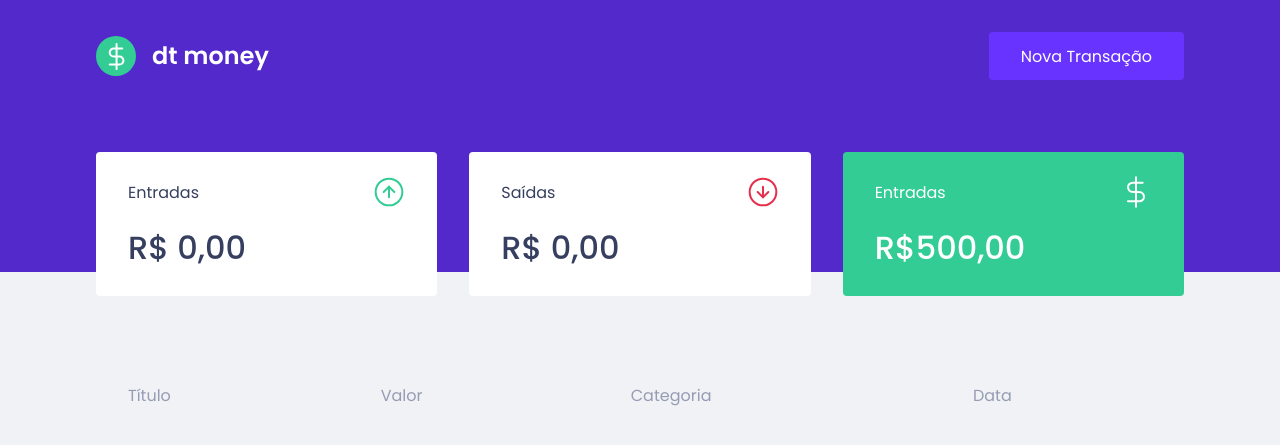
Repository: FreitasGabriel/dtmoney
Page: /
An editor plug-in stored every save of this project. The page is shown before and after the next save, followed by the edit.
The browser window is 1280 px wide. The pictures show the whole page.
The page's requests for data from a server got no answer. The project was rebuilt for these pictures with package versions that can differ from the ones it lists, and the page was loaded fresh each time. No one was signed in, and anything a server would have sent is missing.

Above is the page before, as saved 2021-03-20 18:56:41.

### public/index.html
<!DOCTYPE html>
<html lang="en">

<head>
    <link rel="preconnect" href="https://fonts.gstatic.com">
    <meta charset="UTF-8">
    <meta name="viewport" content="width=device-width, initial-scale=1.0">
    <link rel="shortcut icon" href="favicon.png" type="image/png">
    <link href="https://fonts.googleapis.com/css2?family=Poppins:wght@400;500;600&display=swap" rel="stylesheet">
    <title>DT Money</title>
</head>

<body>
    <div id="root"></div>
</body>

</html>

### src/index.tsx
import React from 'react';
import ReactDOM from 'react-dom';
import { createServer, Model } from 'miragejs'
import App from './App';

createServer({

  models: {
    transaction: Model,
  },

  seeds(server) {
    server.db.loadData({
      transactions: [{
        id: 1,
        title: 'Freelance de website',
        type: 'deposit',
        category: 'dev',
        amount: 6000,
        createdAt: new Date('2021-02-12 09:00:00')
      }, {
        id: 2,
        title: 'Aluguel',
        type: 'withdraw',
        category: 'casa',
        amount: 1000,
        createdAt: new Date('2021-02-14 09:00:00')
      }],
    })
  },

  routes() {
    this.namespace = 'api'

    this.get('/transactions', () => {
      return this.schema.all('transaction')
    })

    this.post('/transactions', (schema, request) => {
      const data = JSON.parse(request.requestBody)

      return schema.create('transaction', data)
    })
  }
})

ReactDOM.render(
  <React.StrictMode>
    <App />
  </React.StrictMode>,
  document.getElementById('root')
);

### src/App.tsx
import { useState } from 'react';
import Modal from 'react-modal';
import { Dashboard } from "./components/Dashboard";
import { Header } from "./components/Header";
import { NewTransactionModal } from './components/NewTransactionModal';

import { GlobalStyle } from "./styles/global"
import { TransactionsProvider } from './TransactionsContext';

Modal.setAppElement('#root')

export default function App() {

  const [isNewTransactionModalOpen, setIsNewTransactionModalOpen] = useState(false)

  function handleOpenNewTransactionModal() {
    setIsNewTransactionModalOpen(true)
  }

  function handleCloseNewTransactionModal() {
    setIsNewTransactionModalOpen(false)
  }

  return (
    <TransactionsProvider >
      <Header onOpenNewTransactionModal={handleOpenNewTransactionModal} />
      <Dashboard />
      <NewTransactionModal
        isOpen={isNewTransactionModalOpen}
        onRequestClose={handleCloseNewTransactionModal}
      />
      <GlobalStyle />
    </TransactionsProvider>
  );
}

### src/components/Dashboard/index.tsx
import { Summary } from '../Summary'
import { TransactionsTable } from '../TransactionsTable'
import { Container } from './styles'

export function Dashboard() {
    return (
        <Container>
            <Summary />
            <TransactionsTable />
        </Container>
    )
}

### src/components/Header/index.tsx
import logoImg from "../../assets/logo.svg"
import { Container, Content } from "./styles"

interface HeaderProps {
    onOpenNewTransactionModal: () => void
}

export function Header({ onOpenNewTransactionModal }: HeaderProps) {


    return (
        <Container>
            <Content>
                <img src={logoImg} alt="dt money" />
                <button type="button" onClick={onOpenNewTransactionModal}>
                    Nova Transação
                </button>


            </Content>
        </Container>
    )
}

### src/components/NewTransactionModal/index.tsx
import { useState, FormEvent, useContext } from 'react'
import Modal from 'react-modal'
import closeImg from '../../assets/close.svg';
import incomeImg from '../../assets/income.svg';
import outcomeImg from '../../assets/outcome.svg';
import { api } from '../../services/api';
import { TransactionsContext } from '../../TransactionsContext';
import { Container, TransactionTypeContainer, RadioBox } from "./styles";

interface NewTransactionModalProps {
    isOpen: boolean;
    onRequestClose: () => void;
}

export function NewTransactionModal({ isOpen, onRequestClose }: NewTransactionModalProps) {

    const { createTransaction } = useContext(TransactionsContext)

    const [title, setTitle] = useState('');
    const [amount, setAmount] = useState(0);
    const [category, setCategory] = useState('');
    const [type, setType] = useState('deposit')

    async function handleCreateNewTransaction(e: FormEvent) {
        e.preventDefault()

        await createTransaction({
            title, amount, category, type
        })

        onRequestClose()
        setTitle('')
        setAmount(0)
        setCategory('')
        setType('deposit')
    }

    return (
        <Modal
            isOpen={isOpen}
            onRequestClose={onRequestClose}
            overlayClassName="react-modal-overlay"
            className="react-modal-content"
        >
            <button
                className="react-modal-close"
                type="button"
                onClick={onRequestClose}
            >
                <img src={closeImg} alt="Fechar modal" />
            </button>

            <Container onSubmit={handleCreateNewTransaction}>
                <h2>Cadastrar Transação</h2>

                <input
                    placeholder="Título"
                    value={title}
                    onChange={e => setTitle(e.target.value)}
                />
                <input
                    type="number"
                    placeholder="Valor"
                    value={amount}
                    onChange={e => setAmount(Number(e.target.value))}
                />

                <TransactionTypeContainer>
                    <RadioBox
                        type="button"
                        onClick={() => setType('deposit')}
                        isActive={type === 'deposit'}
                        activeColor="green"
                    >
                        <img src={incomeImg} alt="Entrada" />
                        <span>Entrada</span>
                    </RadioBox>

                    <RadioBox
                        type="button"
                        onClick={() => setType('withdraw')}
                        isActive={type === 'withdraw'}
                        activeColor="red"
                    >
                        <img src={outcomeImg} alt="Saída" />
                        <span>Saída</span>
                    </RadioBox>
                </TransactionTypeContainer>

                <input
                    placeholder="Categoria"
                    value={category}
                    onChange={e => setCategory(e.target.value)}
                />
                <button type="submit">
                    Cadastrar
                </button>
            </Container>
        </Modal>
    )
}

### src/styles/global.ts
import { createGlobalStyle } from 'styled-components'

export const GlobalStyle = createGlobalStyle`

    :root {
        --background: #F0F2F5;
        --shape: #FFFFFF;

        --red: #E52E4D;
        --green: #33CC95;
        --blue: #5429CC;

        --blue-light: #6933FF;
        --text-title: #363F5F;
        --text-body: #969CB3;

    }

    * {
        margin: 0;
        padding: 0;
        box-sizing: border-box;
    }

    //font-size: 16px - padrão(Desktop)
    html {
        @media(max-width: 1080px){
            font-size: 93.75%; // Vai fazer com que o font-size tenha 15px
        }

        @media(max-width: 720px){
            font-size: 87.5%; // Vai fazer com que o font-size tenha 14px
        }
    }

    // REM = 1rem = font-size padrão da página.

    body {
        background: var(--background);
        -webkit-font-smoothing: antialiased;
    }

    body, input, textarea, button {
        font-family: 'Poppins', sans-serif;
        font-weight: 400;
    }

    h1, h2, h3, h4, h5, h6, strong{
        font-weight: 600;
    }

    button {
        cursor: pointer;
    }

    [disabled] {
        opacity: 0.6;
        cursor: not-allowed;
    }

    .react-modal-overlay{
        background: rgba(0, 0, 0, 0.5);

        position: fixed;
        top: 0;
        bottom: 0;
        left: 0;
        right: 0;

        display: flex;
        align-items: center;
        justify-content: center;
    }
    .react-modal-content{
        width: 100%;
        max-width: 576px;
        background: var(--background);
        padding: 3rem;
        position: relative;
        border-radius: 0.25rem;

    }

    .react-modal-close{
        position: absolute;
        right: 1.5rem;
        top: 1.5rem;
        border: 0;
        background: transparent;

        transition: 0.2s;

        &:hover{
            filter: brightness(0.8);
        }
    }
;

`

### src/TransactionsContext.tsx
import { createContext, useState, useEffect, ReactNode } from "react"

import { api } from "./services/api";

interface Transaction {
    id: number;
    title: string;
    amount: number;
    category: string;
    type: string;
    createdAt: string;
}

type TransactionInput = Omit<Transaction, 'id' | 'createdAt'>

interface TransactionsProviderProps {
    children: ReactNode;
}

interface TransactionsContextData {
    transactions: Transaction[];
    createTransaction: (transaction: TransactionInput) => Promise<void>
}

export const TransactionsContext = createContext<TransactionsContextData>(
    {} as TransactionsContextData
)

export function TransactionsProvider({ children }: TransactionsProviderProps) {
    const [transactions, setTransactions] = useState<Transaction[]>([])

    useEffect(() => {
        api.get('/transactions')
            .then(response => setTransactions(response.data.transactions))
    }, [])

    async function createTransaction(transactionInput: TransactionInput) {
        const response = await api.post('/transactions', {
            ...transactionInput,
            createdAt: new Date(),
        })
        const { transaction } = response.data;

        setTransactions([...transactions, transaction])
    }

    return (
        <TransactionsContext.Provider value={{ transactions, createTransaction }}>
            {children}
        </TransactionsContext.Provider>
    )
}

### src/components/Summary/index.tsx
import React, { useContext } from 'react';
import incomeImg from '../../assets/income.svg'
import outcomeImg from '../../assets/outcome.svg'
import totalImg from '../../assets/total.svg'
import { TransactionsContext } from '../../TransactionsContext'

import { Container } from './styles'

export function Summary() {

    const { transactions } = useContext(TransactionsContext)

    const totalDeposits = transactions.reduce((acc, transaction) => {
        if (transaction.type === 'deposit') {
            return acc + transaction.amount
        }

        return acc
    }, 0)

    const totalExit = transactions.reduce((acc, transaction) => {
        if (transaction.type === 'withdraw') {
            return acc - transaction.amount
        }

        return acc
    }, 0)

    return (
        <Container>
            <div>
                <header>
                    <p>Entradas</p>
                    <img src={incomeImg} alt="Entradas" />
                </header>
                <strong>{new Intl.NumberFormat('pt-br', {
                    style: 'currency',
                    currency: 'BRL',
                }).format(totalDeposits)}</strong>
            </div>
            <div>
                <header>
                    <p>Saídas</p>
                    <img src={outcomeImg} alt="Saídas" />
                </header>
                <strong>{new Intl.NumberFormat('pt-br', {
                    style: 'currency',
                    currency: 'BRL',
                }).format(totalExit)}</strong>
            </div>
            <div className="highlight-background">
                <header>
                    <p>Entradas</p>
                    <img src={totalImg} alt="Total" />
                </header>
                <strong>R$500,00</strong>
            </div>
        </Container>
    )
}

### src/components/TransactionsTable/index.tsx
import { useContext } from "react";
import { TransactionsContext } from "../../TransactionsContext"
import { Container } from "./styles";

export function TransactionsTable() {

    const { transactions } = useContext(TransactionsContext)

    return (
        <Container>
            <table>
                <thead>
                    <tr>
                        <th>Título</th>
                        <th>Valor</th>
                        <th>Categoria</th>
                        <th>Data</th>
                    </tr>
                </thead>
                <tbody>
                    {transactions.map((transaction) => {
                        return (
                            <tr key={transaction.id}>
                                <td>{transaction.title}</td>
                                <td className={transaction.type}>
                                    {new Intl.NumberFormat('pt-br', {
                                        style: 'currency',
                                        currency: 'BRL',
                                    }).format(transaction.amount)}
                                </td>
                                <td>{transaction.category}</td>
                                <td>
                                    {new Intl.DateTimeFormat('pt-br').format(new Date(transaction.createdAt))}
                                </td>
                            </tr>
                        )
                    })}
                </tbody>
            </table>
        </Container>
    )
}

### src/components/Dashboard/styles.ts
import styled from 'styled-components'

export const Container = styled.main`
    max-width: 1120px;
    margin: 0 auto;
    padding: 2.5rem 1rem;
`

### src/components/Header/styles.ts
import styled from 'styled-components'

export const Container = styled.header`
    background: var(--blue);
`

export const Content = styled.div`
    max-width: 1120px;
    margin: 0 auto;

    padding: 2rem 1rem 12rem;
    display: flex;
    align-items: center;
    justify-content: space-between;

    button{
        font-size: 1rem;
        color: var(--shape);
        background: var(--blue-light);
        border: 0;
        padding: 0 2rem;
        border-radius: 0.25rem;
        height: 3rem;

        transition: filter 0.2s;

        &:hover{
            filter: brightness(0.9);
        }
    }


`

### src/components/NewTransactionModal/styles.ts
import styled from 'styled-components'
import { darken, transparentize } from 'polished'

export const Container = styled.form`

    border: none;

    h2 {
        color: var(--text-title);
        font-size: 1.5rem;
        margin-bottom: 2rem;
    }

    input {
        width: 100%;
        padding: 0 1.5rem;
        height: 4rem;
        border-radius: 0.25rem;

        border: 1px solid #D7D7D7;
        background: #E7E9EE;

        font-weight: 400;
        font-size: 1rem;

        &::placeholder {
            color: var(--text-body);
        }

        & + input { //TODO IMPUT QUE TIVER UM INPUT EM CIMA, VAI TER AS PROPS ABAIXO
            margin-top: 1rem;
        }
    }

    button[type="submit"] {
        width: 100%;
        padding: 0 1.5rem;
        height: 4rem;
        background: var(--green);
        color: #FFFFFF;
        border-radius: 0.25rem;
        border: 0;
        font-size: 1rem;
        margin-top: 1.5rem;
        font-weight: 600;

        transition: 0.2s;
        &:hover{
            filter: brightness(0.9);
        }
    }
`

export const TransactionTypeContainer = styled.div`
    margin: 1rem 0;
    display: grid;
    grid-template-columns: 1fr 1fr;
    gap: 0.5rem;


`

const colors = {
    green: '#33CC95',
    red: '#E52E4D'
}

interface RadioBoxProps {
    isActive: boolean;
    activeColor: 'green' | 'red';
}

export const RadioBox = styled.button<RadioBoxProps>`

    height: 4rem;
    border: 1px solid #D7D7D7;
    border-radius: 0.25rem;

    background: ${props => props.isActive
        ? transparentize(0.9, colors[props.activeColor])
        : 'transparent'};

    display: flex;
    align-items: center;
    justify-content: center;

    transition: border-color 0.2s;

    &:hover {
        border-color: ${darken(0.1, '#D7D7D7')};
    }

    img {
        width: 20px;
        height: 20px;
    }

    span{
        display: inline-block;
        margin-left: 1rem;
        font-size: 1rem;
        color: var(--text-title);
    }

`

### src/components/Summary/styles.ts
import styled from 'styled-components'

export const Container = styled.div`
    display: grid;
    grid-template-columns: repeat(3, 1fr);
    gap: 2rem;
    margin-top: -10rem;

    div {
        background: var(--shape);
        padding: 1.5rem 2rem;
        border-radius: 0.25rem;
        color: var(--text-title);

        header {
            display: flex;
            align-items: center;
            justify-content: space-between;
        }

        strong {
            display: block;
            margin-top: 1rem;
            font-size: 2rem;
            font-weight: 500;
            line-height: 3rem;
        }

        &.highlight-background{
            background: var(--green);
            color: var(--shape);
        }
    }
`

### src/components/TransactionsTable/styles.ts
import styled from 'styled-components'

export const Container = styled.div`

    margin-top: 4rem;

    table {
        width: 100%;
        border-spacing: 0 0.5rem;

        th {
            color: var(--text-body);
            font-weight: 400;
            padding: 1rem 2rem;
            text-align: left;
            line-height: 1.5rem;
        }

        td {
            padding: 1rem 2rem;
            border: 0;
            background: var(--shape);
            color: var(--text-body);
            border-radius: 0.25rem;

            &:first-child{
                color: var(--text-title)
            }

            &.deposit{
                color: var(--green)
            }

            &.withdraw{
                color: var(--red)
            }
        }

        tbody {
            tr {
                transition: 0.2s;

                &:hover{
                    filter: brightness(0.8);
                }
            }
        }
    }
`

Loaded but not shown: src/services/api.ts (common file)

After the next save:
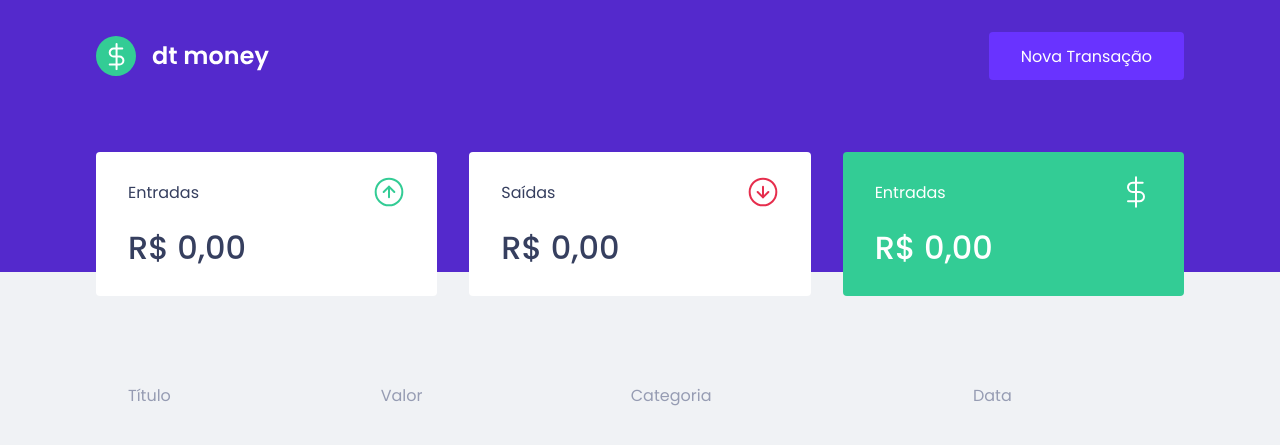
Saved 74 s later.
--- a/src/components/Summary/index.tsx
+++ b/src/components/Summary/index.tsx
@@ -53,7 +53,10 @@ export function Summary() {
                     <p>Entradas</p>
                     <img src={totalImg} alt="Total" />
                 </header>
-                <strong>R$500,00</strong>
+                <strong>{new Intl.NumberFormat('pt-br', {
+                    style: 'currency',
+                    currency: 'BRL',
+                }).format(totalDeposits - totalExit)}</strong>
             </div>
         </Container>
     )
